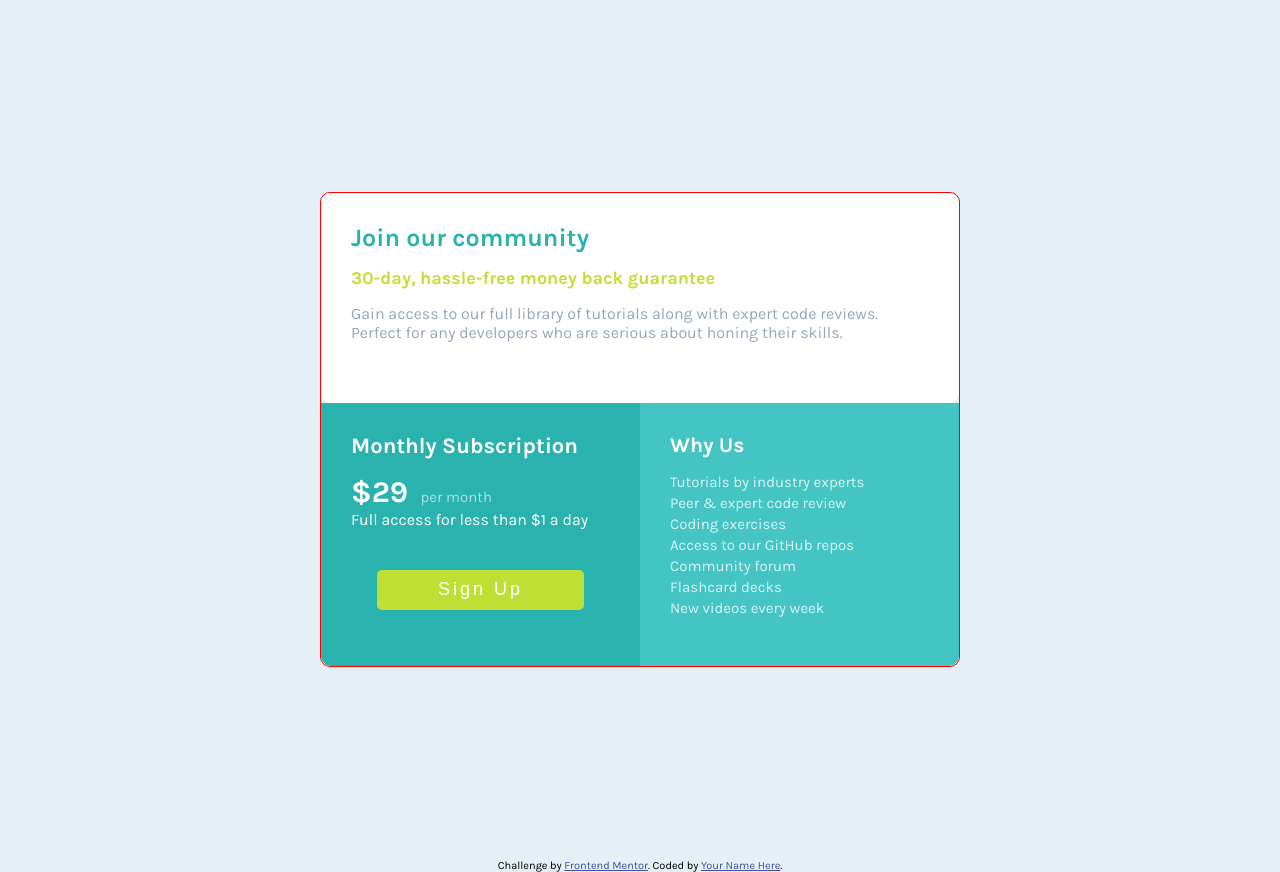
Repository: Pedrohamoura-Git/Frontend-Mentor-Challenges
Page: Newbie/single-price-grid-component-master/index.html
An editor plug-in stored every save of this project. The page is shown before and after the next save, followed by the edit.
The browser window is 1280 px wide. The pictures show the whole page.

Above is the page before, as saved 2021-05-31 15:56:22.

### Newbie/single-price-grid-component-master/index.html
<!DOCTYPE html>
<html lang="en">
<head>
  <meta charset="UTF-8">
  <meta name="viewport" content="width=device-width, initial-scale=1.0"> <!-- displays site properly based on user's device -->

  <link rel="stylesheet" href="css/style.css">
  <title>Frontend Mentor | Single Price Grid Component</title>

  <!-- Feel free to remove these styles or customise in your own stylesheet 👍 -->
  <style>
    .attribution { font-size: 11px; text-align: center; }
    .attribution a { color: hsl(228, 45%, 44%); }
  </style>
</head>
<body>
  <div id="wrapper">
    <header id="card1">
      <h1>Join our community</h1>
      <h2>30-day, hassle-free money back guarantee</h2>
      <p>Gain access to our full library of tutorials along with expert code reviews. Perfect for any developers who are serious about honing their skills.</p>
    </header>

    <div id="columns">
      <div id="card2">
        <h2>Monthly Subscription</h2>
        <h3 class="price">&dollar;29</h3>
        <span>per month</span>
        <p>Full access for less than &dollar;1 a day</p>

        <form action="#">
          <input type="submit" value="Sign Up" name="Sign Up" id="signup">
          </input>
        </form>
      </div>

      <div id="card3">
        <h2>Why Us</h2>
        <p>Tutorials by industry experts<br>
          Peer &amp; expert code review<br>
          Coding exercises<br>
          Access to our GitHub repos<br>
          Community forum<br>
          Flashcard decks<br>
          New videos every week</p>
      </div>
    </div>

  </div>








  <footer>
    <p class="attribution">
      Challenge by <a href="https://www.frontendmentor.io?ref=challenge" target="_blank">Frontend Mentor</a>.
      Coded by <a href="#">Your Name Here</a>.
    </p>
  </footer>
</body>
</html>

### Newbie/single-price-grid-component-master/css/style.css
/*
** Core Formatting
*/
    @import url('https://fonts.googleapis.com/css2?family=Karla:wght@400;700&display=swap');

    * {
        padding: 0;
        margin: 0;
        box-sizing: border-box;
    }

    html {
        font-size: 62.5%;
    }

    body {
        background-color: hsl(204, 43%, 93%);
        font-family: Karla;
    }


/*
** Mobile - Wrapper
*/
    #wrapper {
        border-radius: 1rem;
        box-shadow: 10px black;
        display: grid;
        grid-template-rows: repeat(auto-fit, minmax(200px, 1fr));
        margin: 15% auto;
        width: 90%;

        border: 1px solid red;
    }

    #card1, #card2, #card3 {
        padding: 1.5rem;
        min-height: 210px;
    }

    /*
    ** Card 1
    */
        #card1 {
            background-color: white;
            border-radius: 1rem;
        }

        #card1 h1 {
            color: hsl(179, 62%, 43%);
            font-size: 2.5rem;
            margin-bottom: 1.5rem;
        }

        #card1 h2 {
            color: hsl(71, 73%, 54%);
            font-size: 1.8rem;
            margin-bottom: 1.5rem;
        }

        #card1 p {
            margin-bottom: 1.5rem;
            color: hsl(218, 22%, 67%);
            font-size: 1.6rem;
            margin-bottom: 1.5rem;
        }



    /*
    ** Card 2
    */
        #card2 {
            color: white;
            background-color: hsl(179, 62%, 43%);
        }

        #card2 h2 {
            font-size: 2.2rem;
            margin-bottom: 1.5rem;
        }

        #card2 h3.price {
            display: inline;
            font-size: 3rem;
            font-weight: 700;
            margin-bottom: 1.5rem;
        }

        #card2 span {
            font-size: 1.5rem;
            margin-left: 1rem;
            margin-bottom: 1rem;
            opacity: 60%;
        }

        #card2 p {
            font-size: 1.6rem;
            margin-bottom: 1.5rem;
        }

        #card2 form input {
            background-color: hsl(71, 73%, 54%);
            border: none;
            border-radius: .5rem;
            color: white;
            font-size: 1.8rem;
            letter-spacing: .3rem;
            margin: 10%;
            width: 80%;
            height: 4rem;

        }

        #card2 input:hover, input:active {
            background-color: hsl(71, 93%, 62%);
            color: hsl(179, 62%, 43%);
        }





        #card3 {
            background-color: hsl(179, 53%, 52%);
            border-bottom-left-radius: 1rem;
            border-bottom-right-radius: 1rem;
            color: white;
        }

        #card3 h2 {
            font-size: 2.1rem;
            margin-bottom: 1.5rem;
        }

        #card3 p {
            font-size: 1.5rem;
            line-height: 2.1rem;
            opacity: 80%;
        }


    /*
    ** Tablets & Desktops
    */
        @media (min-width: 600px) {
            #wrapper {
                display: block;
                max-width: 640px;

                /* border: 1px solid red; */
            }

            #columns {
                display: grid;
                grid-template-columns: repeat(auto-fit, minmax(50%, 1fr));
            }

            #card1 {
                padding: 3rem;
            }

            #card2 {
                border-bottom-left-radius: 1rem;
                padding: 3rem;

            }

            #card3 {
                border-bottom-left-radius: 0;
                padding: 3rem;
            }

        }

After the next save:
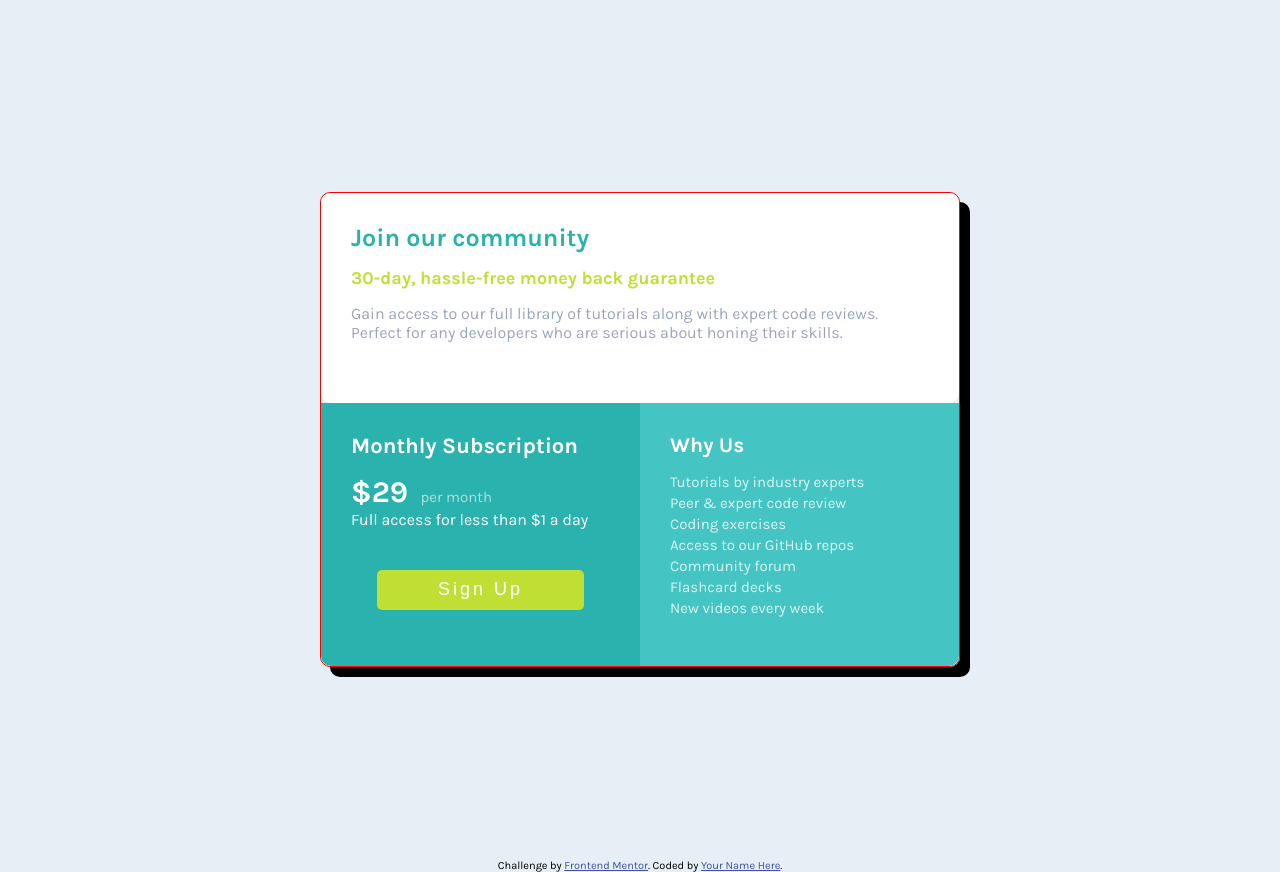
Saved 1 s later.
--- a/Newbie/single-price-grid-component-master/css/style.css
+++ b/Newbie/single-price-grid-component-master/css/style.css
@@ -24,7 +24,7 @@
 */
     #wrapper {
         border-radius: 1rem;
-        box-shadow: 10px black;
+        box-shadow: 10px 10px black;
         display: grid;
         grid-template-rows: repeat(auto-fit, minmax(200px, 1fr));
         margin: 15% auto;

After the save that followed:
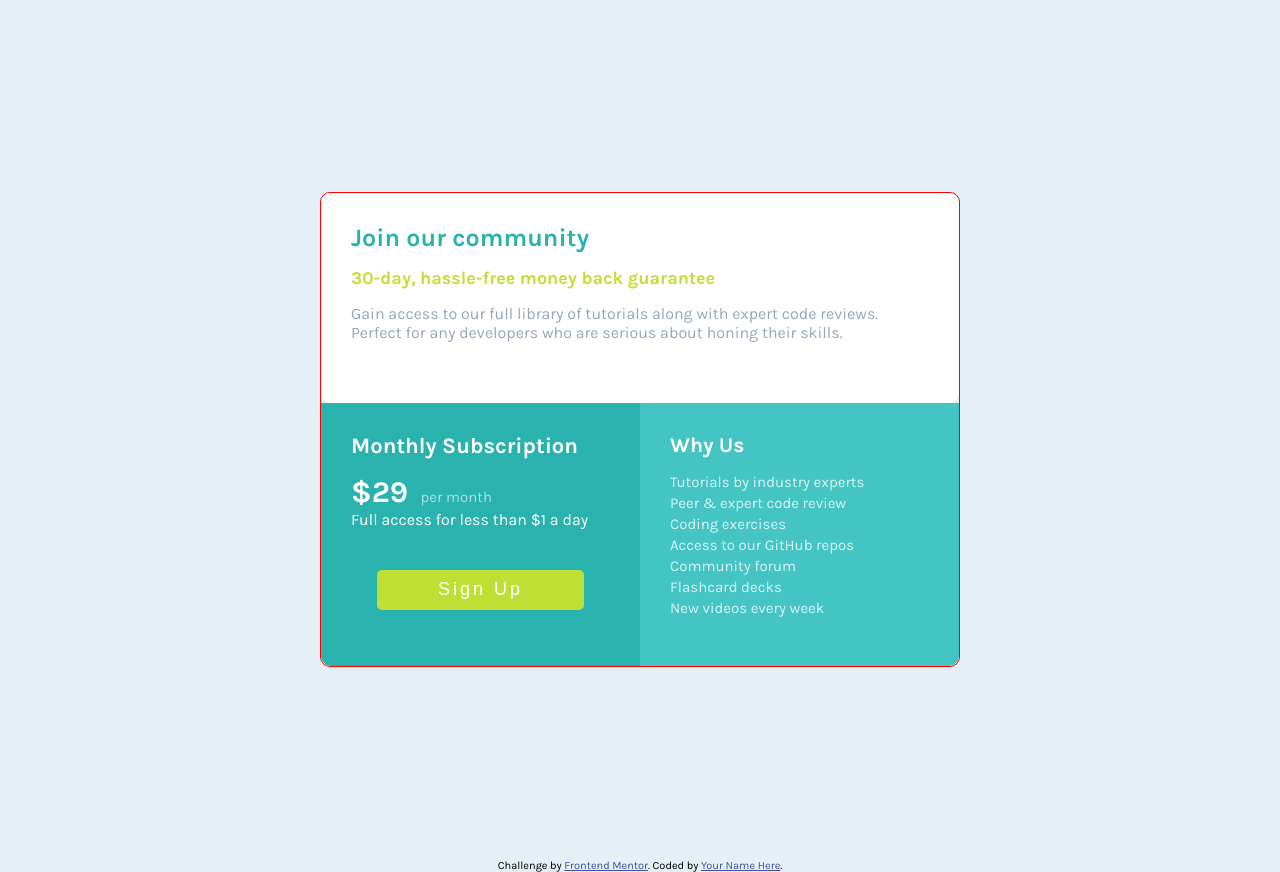
Saved 1 s later.
--- a/Newbie/single-price-grid-component-master/css/style.css
+++ b/Newbie/single-price-grid-component-master/css/style.css
@@ -24,7 +24,7 @@
 */
     #wrapper {
         border-radius: 1rem;
-        box-shadow: 10px 10px black;
+        box-shadow: 10px 10ppx black;
         display: grid;
         grid-template-rows: repeat(auto-fit, minmax(200px, 1fr));
         margin: 15% auto;
